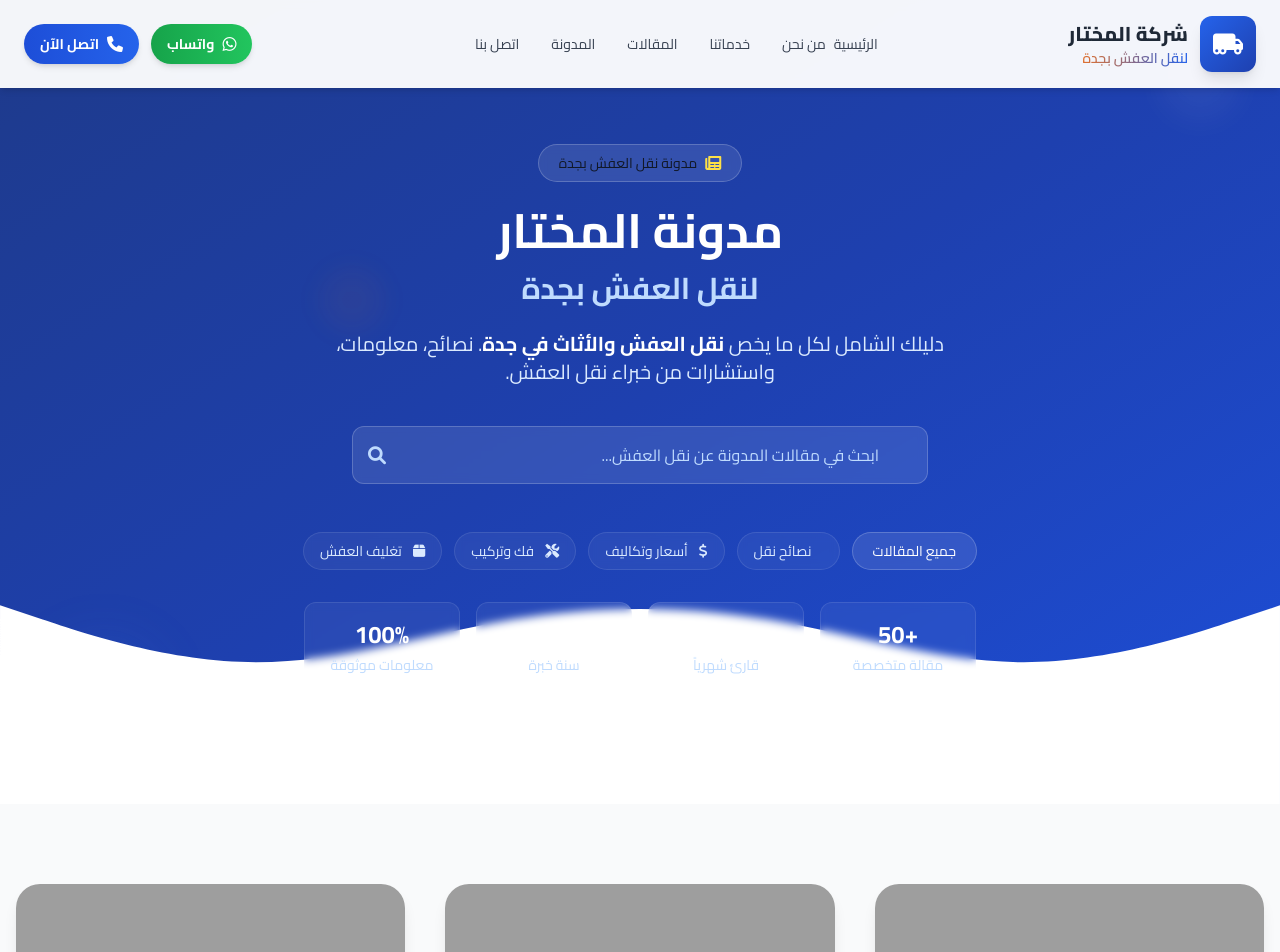
Repository: MichealSoliman/almukhtar
Page: blog.html
These files come from the project's save history. The page is drawn as it stood at one moment and after the next save; the edit follows.
The browser window is 1280 px wide. The pictures show the part of the page from y = 0 to 952 px (the page is 1638 px tall).
Pictures or frames that could not be fetched are drawn as grey boxes. Some web libraries are served in a nearby version.

Above is the page before, as saved 2026-01-15 21:33:16.

### blog.html
<!DOCTYPE html>
<html lang="ar" dir="rtl">
<head>
    <meta charset="UTF-8">
    <meta name="viewport" content="width=device-width, initial-scale=1.0">
    <title>مدونة شركة المختار – نصائح ومعلومات عن نقل العفش بجدة</title>
    <meta name="description" content="اقرأ أحدث المقالات والنصائح حول نقل العفش بجدة، تكلفة نقل الأثاث، وأفضل الطرق لتغليف وحماية ممتلكاتك مع شركة المختار.">

    <!-- Tailwind CSS -->
    <script src="https://cdn.tailwindcss.com"></script>

    <!-- Google Fonts (Cairo) -->
    <link href="https://fonts.googleapis.com/css2?family=Cairo:wght@300;400;600;700;800&display=swap" rel="stylesheet">

    <!-- Font Awesome -->
    <link rel="stylesheet" href="https://cdnjs.cloudflare.com/ajax/libs/font-awesome/6.0.0/css/all.min.css">

    <!-- AOS Animation Library -->
    <link href="https://unpkg.com/aos@2.3.1/dist/aos.css" rel="stylesheet">

    <style>
        body { font-family: 'Cairo', sans-serif; }
        .nav-link { @apply text-gray-700 hover:text-blue-600 transition-colors duration-300 font-semibold; }
        .glass-nav { background: rgba(255, 255, 255, 0.95); backdrop-filter: blur(10px); }
    </style>
</head>
<body class="bg-gray-50 text-gray-900">

 <!-- Header / Navbar -->
    <header id="navbar" class="fixed top-0 w-full z-50 transition-all duration-500 py-3 lg:py-4 bg-white/95 backdrop-blur-sm shadow-md">
        <div class="container mx-auto px-4 xl:px-6">
            <div class="flex justify-between items-center">
                <!-- Logo واسم الشركة -->
                <div class="flex items-center space-x-reverse space-x-3 rtl:space-x-reverse">
                    <!-- Logo -->
                    <div class="flex items-center justify-center w-12 h-12 lg:w-14 lg:h-14 bg-gradient-to-br from-blue-600 to-blue-800 rounded-xl shadow-lg">
                        <i class="fas fa-truck-moving text-white text-xl lg:text-2xl"></i>
                    </div>

                    <!-- اسم الشركة -->
                    <div class="flex flex-col">
                        <a href="index.html" class="flex flex-col">
                            <span class="text-lg lg:text-xl font-extrabold text-gray-800 leading-tight">
                                شركة المختار
                            </span>
                            <span class="text-xs lg:text-sm font-semibold bg-gradient-to-l from-blue-600 to-orange-500 bg-clip-text text-transparent">
                                لنقل العفش بجدة
                            </span>
                        </a>
                    </div>
                </div>

                <!-- Desktop Navigation -->
                <nav class="hidden lg:flex items-center space-x-reverse space-x-6 xl:space-x-8">
                    <a href="index.html" class="nav-link ml-2 text-gray-700 hover:text-blue-700 active text-sm font-medium">
                        الرئيسية
                    </a>
                    <a href="#about" class="nav-link text-gray-700 hover:text-blue-700 text-sm font-medium">
                        من نحن
                    </a>
                    <a href="#services" class="nav-link text-gray-700 hover:text-blue-700 text-sm font-medium">
                        خدماتنا
                    </a>
                    <a href="#blog" class="nav-link text-gray-700 hover:text-blue-700 text-sm font-medium">
                        المقالات
                    </a>
                    <a href="./blog.html" class="nav-link text-gray-700 hover:text-blue-700 text-sm font-medium">
                        المدونة
                    </a>
                    <a href="#contact" class="nav-link text-gray-700 hover:text-blue-700 text-sm font-medium">
                        اتصل بنا
                    </a>
                </nav>

                <!-- Buttons -->
                <div class="flex items-center space-x-reverse space-x-3 rtl:space-x-reverse">
                    <!-- WhatsApp Button -->
                    <a href="https://wa.me/966500000000"
                       class="bg-gradient-to-l from-green-500 to-green-600 text-white px-3 sm:px-4 py-2 rounded-full font-bold hover:from-green-600 hover:to-green-700 transition-all duration-300 flex items-center shadow-md hover:shadow-lg transform hover:-translate-y-0.5 text-sm">
                        <i class="fab fa-whatsapp ml-1 sm:ml-2 text-sm sm:text-base"></i>
                        <span class="hidden sm:inline text-xs sm:text-sm">واتساب</span>
                    </a>

                    <!-- Call Button for Medium+ Screens -->
                    <a href="tel:+966500000000"
                       class="hidden md:flex bg-gradient-to-l from-blue-600 to-blue-700 text-white px-3 sm:px-4 py-2 rounded-full font-bold hover:from-blue-700 hover:to-blue-800 transition-all duration-300 items-center shadow-md hover:shadow-lg transform hover:-translate-y-0.5 text-sm">
                        <i class="fas fa-phone ml-1 sm:ml-2 text-sm sm:text-base"></i>
                        <span class="text-xs sm:text-sm">اتصل الآن</span>
                    </a>

                    <!-- Mobile Menu Button -->
                    <button class="lg:hidden text-gray-700 text-2xl focus:outline-none hover:text-blue-600 transition-colors duration-300"
                            id="mobile-menu-btn"
                            aria-label="فتح القائمة">
                        <i class="fas fa-bars"></i>
                    </button>
                </div>
            </div>
        </div>

        <!-- Mobile Menu -->
        <div id="mobile-menu" class="mobile-menu-closed lg:hidden bg-white/95 backdrop-blur-sm border-t border-gray-100 shadow-xl">
            <div class="container mx-auto px-4 py-5">
                <div class="flex flex-col space-y-4">
                    <a href="index.html"
                       class="nav-link py-3 px-4 rounded-lg hover:bg-blue-50 transition-colors duration-300 text-gray-700 hover:text-blue-700 font-medium border-b border-gray-100 flex items-center">
                        <i class="fas fa-home ml-3 text-blue-600"></i>
                        الرئيسية
                    </a>
                    <a href="#about"
                       class="nav-link py-3 px-4 rounded-lg hover:bg-blue-50 transition-colors duration-300 text-gray-700 hover:text-blue-700 font-medium border-b border-gray-100 flex items-center">
                        <i class="fas fa-info-circle ml-3 text-blue-600"></i>
                        من نحن
                    </a>
                    <a href="#services"
                       class="nav-link py-3 px-4 rounded-lg hover:bg-blue-50 transition-colors duration-300 text-gray-700 hover:text-blue-700 font-medium border-b border-gray-100 flex items-center">
                        <i class="fas fa-concierge-bell ml-3 text-blue-600"></i>
                        خدماتنا
                    </a>
                    <a href="#blog"
                       class="nav-link py-3 px-4 rounded-lg hover:bg-blue-50 transition-colors duration-300 text-gray-700 hover:text-blue-700 font-medium border-b border-gray-100 flex items-center">
                        <i class="fas fa-newspaper ml-3 text-blue-600"></i>
                        المقالات
                    </a>
                    <a href="./blog.html"
                       class="nav-link py-3 px-4 rounded-lg hover:bg-blue-50 transition-colors duration-300 text-gray-700 hover:text-blue-700 font-medium border-b border-gray-100 flex items-center">
                        <i class="fas fa-newspaper ml-3 text-blue-600"></i>
                        المدونة
                    </a>
                    <a href="#contact"
                       class="nav-link py-3 px-4 rounded-lg hover:bg-blue-50 transition-colors duration-300 text-gray-700 hover:text-blue-700 font-medium flex items-center">
                        <i class="fas fa-phone-alt ml-3 text-blue-600"></i>
                        اتصل بنا
                    </a>

                    <!-- Mobile Contact Buttons -->
                    <div class="flex flex-col sm:flex-row gap-3 mt-4 pt-4 border-t border-gray-100">
                        <a href="tel:+966500000000"
                           class="bg-gradient-to-l from-blue-600 to-blue-700 text-white px-4 py-3 rounded-lg font-bold hover:from-blue-700 hover:to-blue-800 transition-all duration-300 flex items-center justify-center shadow-md text-sm">
                            <i class="fas fa-phone ml-2"></i>
                            اتصل الآن
                        </a>
                        <a href="https://wa.me/966500000000"
                           class="bg-gradient-to-l from-green-500 to-green-600 text-white px-4 py-3 rounded-lg font-bold hover:from-green-600 hover:to-green-700 transition-all duration-300 flex items-center justify-center shadow-md text-sm">
                            <i class="fab fa-whatsapp ml-2"></i>
                            واتساب
                        </a>
                    </div>
                </div>
            </div>
        </div>
    </header>

<!-- Blog Header Section - Enhanced -->
<section class="relative pt-28 pb-20 md:pt-36 md:pb-28 overflow-hidden bg-gradient-to-br from-blue-900 via-blue-800 to-blue-700">
    <!-- Background Pattern -->
    <div class="absolute inset-0 opacity-10">
        <div class="absolute inset-0" style="background-image: url('data:[embedded picture, 362 characters]');"></div>
    </div>

    <!-- Floating Elements -->
    <div class="absolute top-10 right-10 w-20 h-20 bg-white/5 rounded-full blur-lg hidden lg:block"></div>
    <div class="absolute bottom-10 left-10 w-32 h-32 bg-blue-500/10 rounded-full blur-xl hidden lg:block"></div>
    <div class="absolute top-1/3 left-1/4 w-16 h-16 bg-orange-500/5 rounded-full blur-md hidden xl:block"></div>

    <!-- Main Content -->
    <div class="container mx-auto px-4 relative z-10">
        <div class="max-w-4xl mx-auto">
            <!-- Badge -->
            <div class="flex justify-center mb-6" data-aos="fade-down" data-aos-delay="200">
                <div class="bg-white/10 backdrop-blur-sm border border-white/20 rounded-full px-5 py-2 inline-flex items-center">
                    <i class="fas fa-newspaper ml-2 text-yellow-300"></i>
                    <span class="text-sm font-medium">مدونة نقل العفش بجدة</span>
                </div>
            </div>

            <!-- Main Title -->
            <h1 class="text-3xl md:text-4xl lg:text-5xl font-bold text-white text-center mb-6 leading-tight" data-aos="fade-up" data-aos-delay="300">
                <span class="block">مدونة المختار</span>
                <span class="block text-blue-200 text-2xl md:text-3xl mt-4">لنقل العفش بجدة</span>
            </h1>

            <!-- Description -->
            <p class="text-lg md:text-xl text-blue-100 text-center max-w-2xl mx-auto mb-10 leading-relaxed" data-aos="fade-up" data-aos-delay="400">
                دليلك الشامل لكل ما يخص
                <span class="font-bold text-white">نقل العفش والأثاث في جدة</span>.
                نصائح، معلومات، واستشارات من خبراء نقل العفش.
            </p>

            <!-- Search Box -->
            <div class="max-w-xl mx-auto mb-12" data-aos="fade-up" data-aos-delay="500">
                <div class="relative">
                    <input
                        type="text"
                        placeholder="ابحث في مقالات المدونة عن نقل العفش..."
                        class="w-full bg-white/10 backdrop-blur-sm border border-white/20 rounded-xl px-6 py-4 pr-12 text-white placeholder-blue-200 focus:outline-none focus:ring-2 focus:ring-blue-400 focus:border-transparent transition-all"
                    >
                    <button class="absolute left-4 top-1/2 transform -translate-y-1/2 text-blue-200 hover:text-white transition-colors">
                        <i class="fas fa-search text-lg"></i>
                    </button>
                </div>
            </div>

            <!-- Categories -->
            <div class="flex flex-wrap justify-center gap-3 mb-8" data-aos="fade-up" data-aos-delay="600">
                <a href="#" class="bg-white/10 hover:bg-white/20 backdrop-blur-sm border border-white/20 rounded-full px-5 py-2 text-sm font-medium text-white transition-all duration-300">
                    جميع المقالات
                </a>
                <a href="#" class="bg-white/5 hover:bg-white/15 backdrop-blur-sm border border-white/10 rounded-full px-4 py-2 text-sm font-medium text-blue-100 hover:text-white transition-all duration-300">
                    <i class="fas fa-tips ml-2"></i> نصائح نقل
                </a>
                <a href="#" class="bg-white/5 hover:bg-white/15 backdrop-blur-sm border border-white/10 rounded-full px-4 py-2 text-sm font-medium text-blue-100 hover:text-white transition-all duration-300">
                    <i class="fas fa-dollar-sign ml-2"></i> أسعار وتكاليف
                </a>
                <a href="#" class="bg-white/5 hover:bg-white/15 backdrop-blur-sm border border-white/10 rounded-full px-4 py-2 text-sm font-medium text-blue-100 hover:text-white transition-all duration-300">
                    <i class="fas fa-tools ml-2"></i> فك وتركيب
                </a>
                <a href="#" class="bg-white/5 hover:bg-white/15 backdrop-blur-sm border border-white/10 rounded-full px-4 py-2 text-sm font-medium text-blue-100 hover:text-white transition-all duration-300">
                    <i class="fas fa-box ml-2"></i> تغليف العفش
                </a>
            </div>

            <!-- Stats -->
            <div class="grid grid-cols-2  md:grid-cols-4 gap-4 max-w-2xl mx-auto" data-aos="fade-up" data-aos-delay="700">
                <div class="bg-white/5 backdrop-blur-sm rounded-xl p-4 text-center border border-white/10">
                    <div class="text-2xl font-bold text-white mb-1">+50</div>
                    <div class="text-blue-200 text-sm">مقالة متخصصة</div>
                </div>
                <div class="bg-white/5 backdrop-blur-sm rounded-xl p-4 text-center border border-white/10">
                    <div class="text-2xl font-bold text-white mb-1">+10K</div>
                    <div class="text-blue-200 text-sm">قارئ شهرياً</div>
                </div>
                <div class="bg-white/5 backdrop-blur-sm rounded-xl p-4 text-center border border-white/10">
                    <div class="text-2xl font-bold text-white mb-1">15+</div>
                    <div class="text-blue-200 text-sm">سنة خبرة</div>
                </div>
                <div class="bg-white/5 backdrop-blur-sm rounded-xl p-4 text-center border border-white/10">
                    <div class="text-2xl font-bold text-white mb-1">100%</div>
                    <div class="text-blue-200 text-sm">معلومات موثوقة</div>
                </div>
            </div>


        </div>
    </div>

    <!-- Wave Divider -->
    <div class="absolute bottom-0 left-0 right-0">
        <svg xmlns="http://www.w3.org/2000/svg" viewBox="0 0 1440 320" class="w-full">
            <path fill="#ffffff" fill-opacity="1" d="M0,96L48,112C96,128,192,160,288,160C384,160,480,128,576,112C672,96,768,96,864,112C960,128,1056,160,1152,160C1248,160,1344,128,1392,112L1440,96L1440,320L1392,320C1344,320,1248,320,1152,320C1056,320,960,320,864,320C768,320,672,320,576,320C480,320,384,320,288,320C192,320,96,320,48,320L0,320Z"></path>
        </svg>
    </div>
</section>

    <!-- Blog Grid -->
    <section class="py-20">
        <div class="container mx-auto px-4">
            <div class="grid grid-cols-1 md:grid-cols-2 lg:grid-cols-3 gap-10">
                <!-- Article 1 -->
                <article class="bg-white rounded-3xl overflow-hidden shadow-lg hover:shadow-2xl transition-all duration-300 group" data-aos="fade-up">
                    <div class="overflow-hidden h-64">
                        <img src="https://images.unsplash.com/photo-1524758631624-e2822e304c36?ixlib=rb-1.2.1&auto=format&fit=crop&w=600&q=80" alt="أفضل شركة نقل عفش بجدة" class="w-full h-full object-cover group-hover:scale-110 transition-transform duration-500">
                    </div>
                    <div class="p-8">
                        <div class="flex items-center text-sm text-gray-500 mb-4">
                            <span class="ml-4"><i class="far fa-calendar-alt ml-1"></i> 10 يناير 2026</span>
                            <span><i class="far fa-folder ml-1"></i> خدمات النقل</span>
                        </div>
                        <h3 class="text-2xl font-bold mb-4">أفضل شركة نقل عفش بجدة</h3>
                        <p class="text-gray-600 mb-6 leading-relaxed">تعرف على المعايير التي تجعل شركة المختار هي الخيار الأول والأنسب لنقل الأثاث في مدينة جدة بأسعار منافسة وجودة عالمية...</p>
                        <a href="blog/best-moving-company-jeddah.html" class="text-blue-600 font-bold flex items-center hover:gap-2 transition-all">قراءة المزيد <i class="fas fa-chevron-left mr-2 text-sm"></i></a>
                    </div>
                </article>

                <!-- Article 2 -->
                <article class="bg-white rounded-3xl overflow-hidden shadow-lg hover:shadow-2xl transition-all duration-300 group" data-aos="fade-up" data-aos-delay="100">
                    <div class="overflow-hidden h-64">
                        <img src="https://images.unsplash.com/photo-1505691938895-1758d7feb511?ixlib=rb-1.2.1&auto=format&fit=crop&w=600&q=80" alt="نصائح قبل نقل العفش" class="w-full h-full object-cover group-hover:scale-110 transition-transform duration-500">
                    </div>
                    <div class="p-8">
                        <div class="flex items-center text-sm text-gray-500 mb-4">
                            <span class="ml-4"><i class="far fa-calendar-alt ml-1"></i> 8 يناير 2026</span>
                            <span><i class="far fa-folder ml-1"></i> نصائح تهمك</span>
                        </div>
                        <h3 class="text-2xl font-bold mb-4">نصائح قبل نقل العفش</h3>
                        <p class="text-gray-600 mb-6 leading-relaxed">إليك أهم 10 نصائح ذهبية يجب عليك اتباعها لضمان عملية نقل عفش سهلة ومنظمة وبدون أي خسائر مادية أو نفسية...</p>
                        <a href="blog/moving-tips.html" class="text-blue-600 font-bold flex items-center hover:gap-2 transition-all">قراءة المزيد <i class="fas fa-chevron-left mr-2 text-sm"></i></a>
                    </div>
                </article>

                <!-- Article 3 -->
                <article class="bg-white rounded-3xl overflow-hidden shadow-lg hover:shadow-2xl transition-all duration-300 group" data-aos="fade-up" data-aos-delay="200">
                    <div class="overflow-hidden h-64">
                        <img src="https://images.unsplash.com/photo-1584622650111-993a426fbf0a?ixlib=rb-1.2.1&auto=format&fit=crop&w=600&q=80" alt="تكلفة نقل العفش بجدة" class="w-full h-full object-cover group-hover:scale-110 transition-transform duration-500">
                    </div>
                    <div class="p-8">
                        <div class="flex items-center text-sm text-gray-500 mb-4">
                            <span class="ml-4"><i class="far fa-calendar-alt ml-1"></i> 5 يناير 2026</span>
                            <span><i class="far fa-folder ml-1"></i> أسعار الخدمات</span>
                        </div>
                        <h3 class="text-2xl font-bold mb-4">تكلفة نقل العفش بجدة</h3>
                        <p class="text-gray-600 mb-6 leading-relaxed">دليل شامل حول كيفية حساب تكلفة نقل العفش في جدة وما هي العوامل التي تؤثر في تحديد السعر النهائي للخدمة المقدمة...</p>
                        <a href="blog/moving-cost-jeddah.html" class="text-blue-600 font-bold flex items-center hover:gap-2 transition-all">قراءة المزيد <i class="fas fa-chevron-left mr-2 text-sm"></i></a>
                    </div>
                </article>
            </div>
        </div>
    </section>

    <!-- Footer -->
    <footer class="bg-gray-900 text-white pt-20 pb-10">
        <div class="container mx-auto px-4 text-center">
            <p>&copy; 2026 شركة المختار لنقل العفش بجدة. جميع الحقوق محفوظة.</p>
        </div>
    </footer>

    <!-- Scripts -->
    <script src="https://unpkg.com/aos@2.3.1/dist/aos.js"></script>
    <script>
        AOS.init({ duration: 1000, once: true });
        const mobileMenuBtn = document.getElementById('mobile-menu-btn');
        const mobileMenu = document.getElementById('mobile-menu');
        mobileMenuBtn.addEventListener('click', () => {
            mobileMenu.classList.toggle('hidden');
        });
    </script>
</body>
</html>

After the next save:
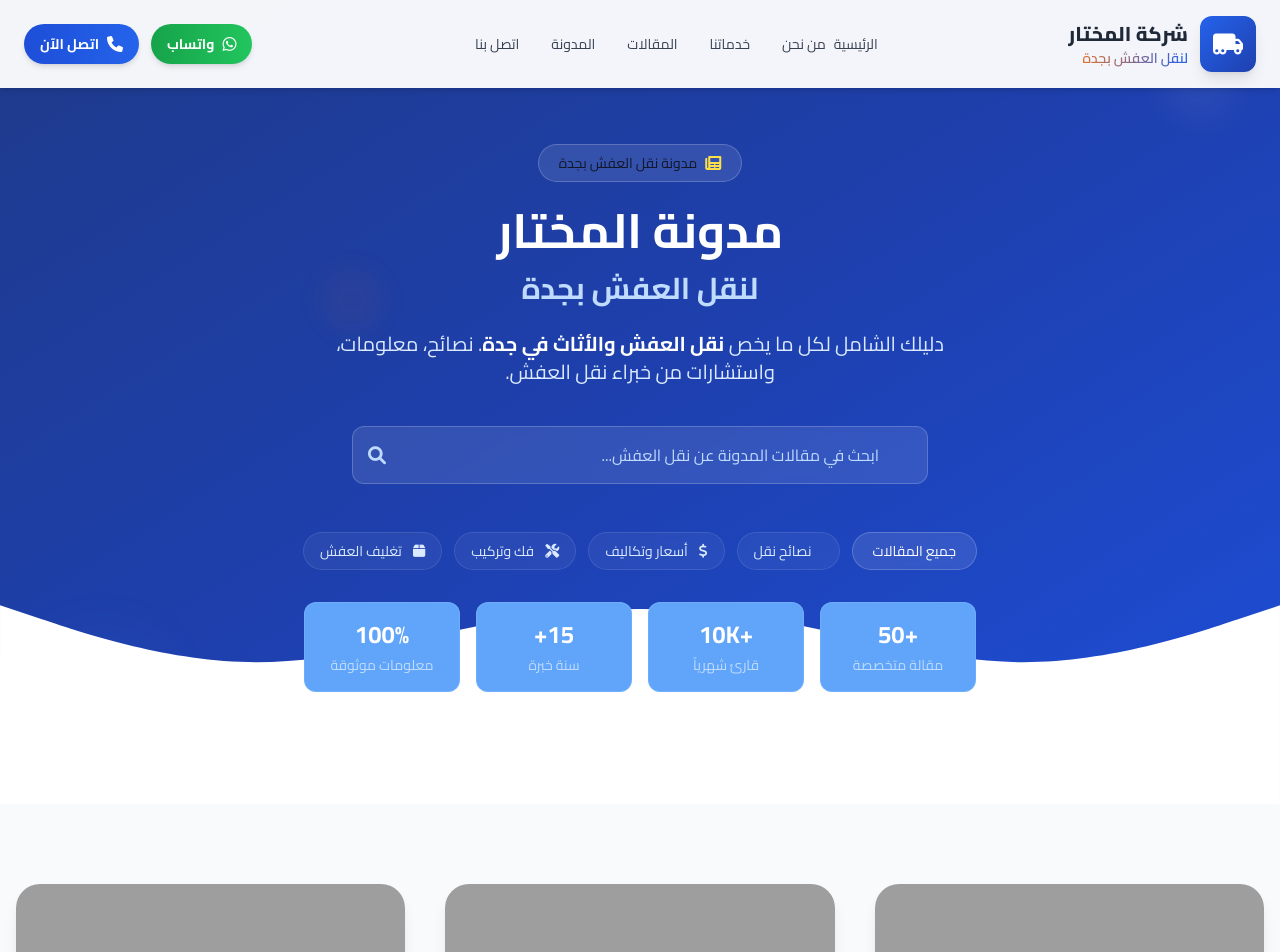
Saved 8 s later.
--- a/blog.html
+++ b/blog.html
@@ -222,19 +222,19 @@
 
             <!-- Stats -->
             <div class="grid grid-cols-2  md:grid-cols-4 gap-4 max-w-2xl mx-auto" data-aos="fade-up" data-aos-delay="700">
-                <div class="bg-white/5 backdrop-blur-sm rounded-xl p-4 text-center border border-white/10">
+                <div class="bg-blue-400 backdrop-blur-sm rounded-xl p-4 text-center border border-white/10">
                     <div class="text-2xl font-bold text-white mb-1">+50</div>
                     <div class="text-blue-200 text-sm">مقالة متخصصة</div>
                 </div>
-                <div class="bg-white/5 backdrop-blur-sm rounded-xl p-4 text-center border border-white/10">
+                <div class="bg-blue-400 backdrop-blur-sm rounded-xl p-4 text-center border border-white/10">
                     <div class="text-2xl font-bold text-white mb-1">+10K</div>
                     <div class="text-blue-200 text-sm">قارئ شهرياً</div>
                 </div>
-                <div class="bg-white/5 backdrop-blur-sm rounded-xl p-4 text-center border border-white/10">
+                <div class="bg-blue-400 backdrop-blur-sm rounded-xl p-4 text-center border border-white/10">
                     <div class="text-2xl font-bold text-white mb-1">15+</div>
                     <div class="text-blue-200 text-sm">سنة خبرة</div>
                 </div>
-                <div class="bg-white/5 backdrop-blur-sm rounded-xl p-4 text-center border border-white/10">
+                <div class="bg-blue-400 backdrop-blur-sm rounded-xl p-4 text-center border border-white/10">
                     <div class="text-2xl font-bold text-white mb-1">100%</div>
                     <div class="text-blue-200 text-sm">معلومات موثوقة</div>
                 </div>
